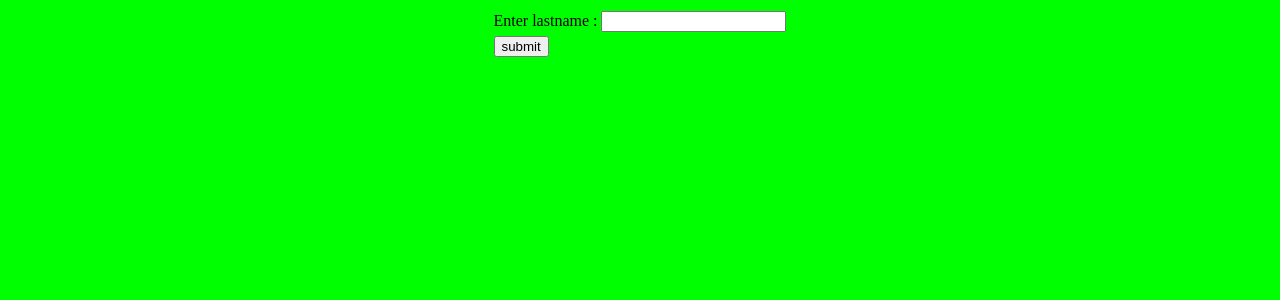
Repository: akale1992/Learning-HIBERNATE-SERVLETS
Page: servletconfig/WebContent/Hello.html
These files come from the project's save history. The page is drawn as it stood at one moment and after the next save; the edit follows.
The browser window is 1280 px wide. The pictures show the whole page.

Above is the page before, as saved 2015-09-07 04:35:06.

### servletconfig/WebContent/Hello.html
<!DOCTYPE html>
<html>
<head>
<meta charset="ISO-8859-2">
<title>context Ex</title>
</head>
<body bgcolor="lime">
	<form action="go" method="post">

		<table align="center">
			<tr>
				<td>Enter lastname : <input type="text" name="lname"></td>
			</tr>
			<tr>
				<td><input type="submit" value="submit"></td>
			</tr>
		</table>
	</form>
</body>
</html>

After the next save:
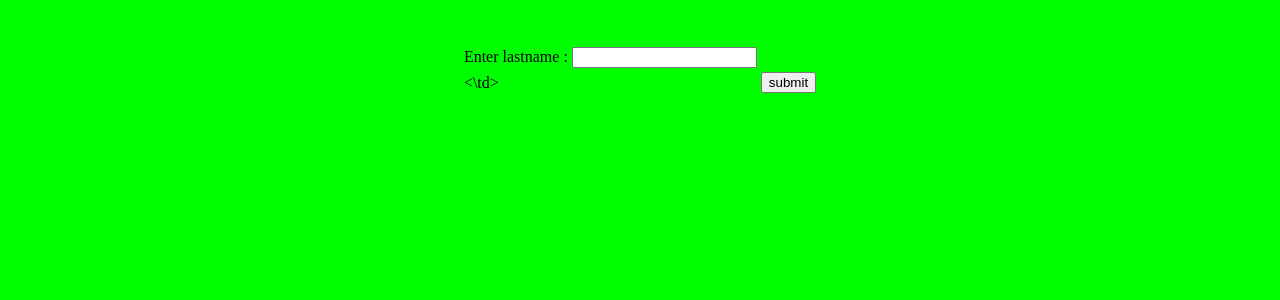
Saved 50 s later.
--- a/servletconfig/WebContent/Hello.html
+++ b/servletconfig/WebContent/Hello.html
@@ -11,7 +11,9 @@
 			<tr>
 				<td>Enter lastname : <input type="text" name="lname"></td>
 			</tr>
+			<br><br>
 			<tr>
+			<td><\td>
 				<td><input type="submit" value="submit"></td>
 			</tr>
 		</table>
